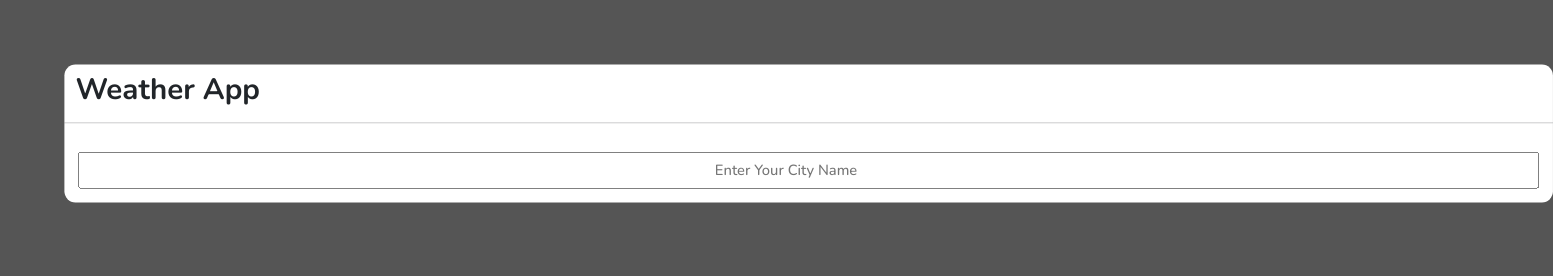
Repository: youssef168/Weather-App
Page: index.htm
An editor plug-in stored every save of this project. The page is shown before and after the next save, followed by the edit.
The browser window is 1280 px wide. The page is 1688 px wide, then 1280 px, so the pictures cover 1688 px, including what lies to the right of the window. The pictures show the whole page, at 92% of full size.

Above is the page before, as saved 2021-12-28 20:58:04.

After the next save:
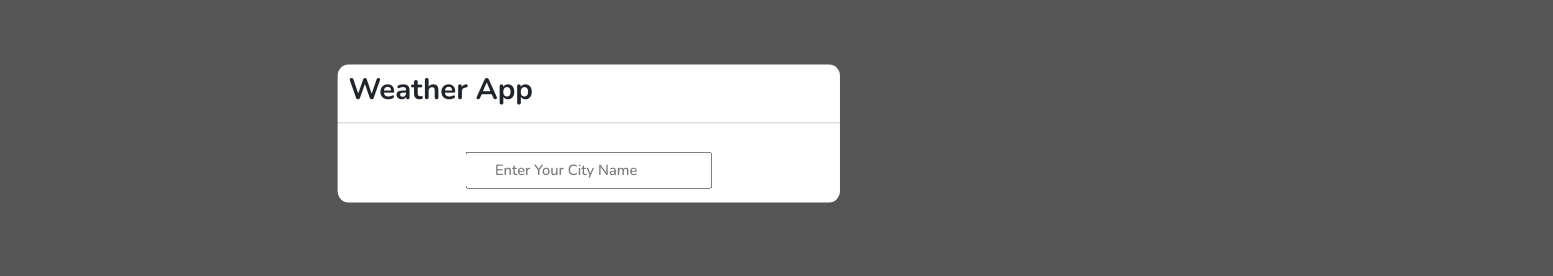
Saved 7 s later.
--- a/style.css
+++ b/style.css
@@ -114,5 +114,5 @@ h2 {
 
 
 .input-super {
-    padding: 6px 690px;
+    padding: 6px 30px;
 }
